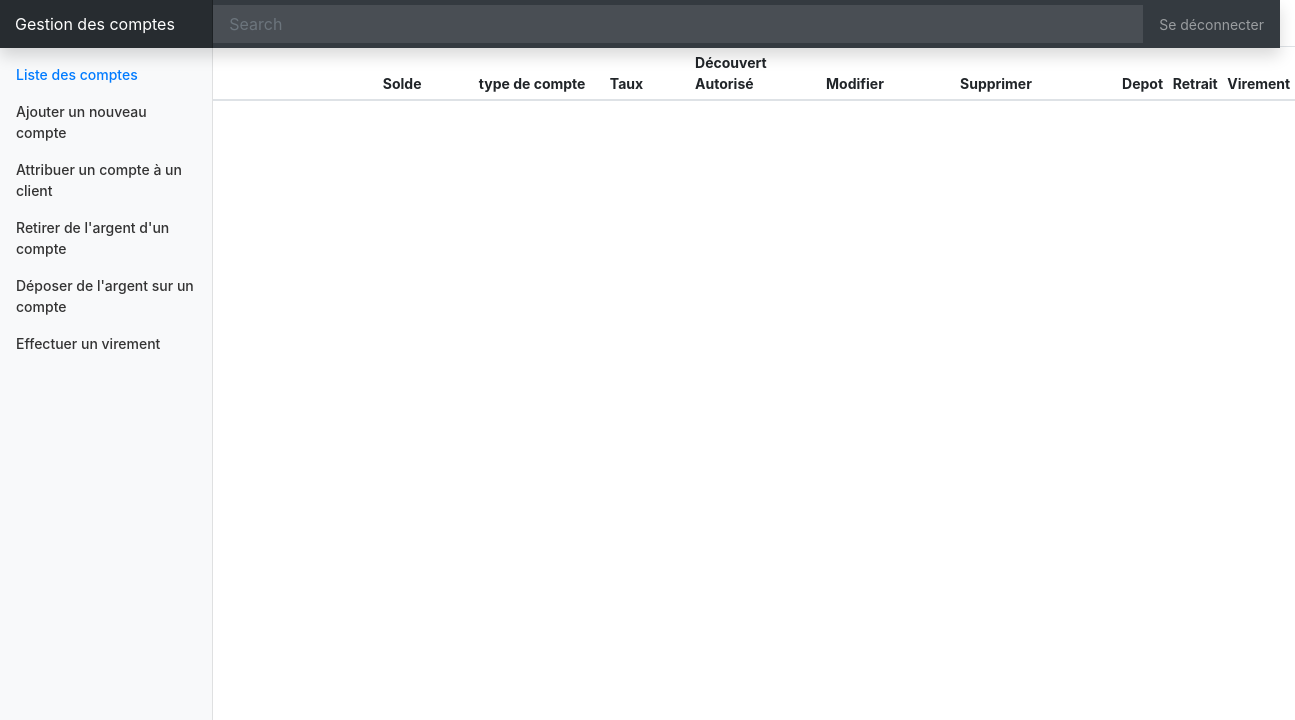
Repository: liiiseee/Projet
Page: http://localhost/02_projet_gestion_clients_compte/menu-comptes.jsp
The author's editor kept a copy of each file at every save. The page is drawn from the files as they stood at one save, then again after the next save.
The browser window is 1280 px wide. The page is 1295 px wide, so the pictures cover 1295 px, including what lies to the right of the window. The pictures show the whole page.
The page is served by Tomcat 9. The template is opened directly, without the code that normally fills it, so the values that code supplies are empty.

Above is the page before, as saved 2020-03-30 14:36:07.

After the next save:
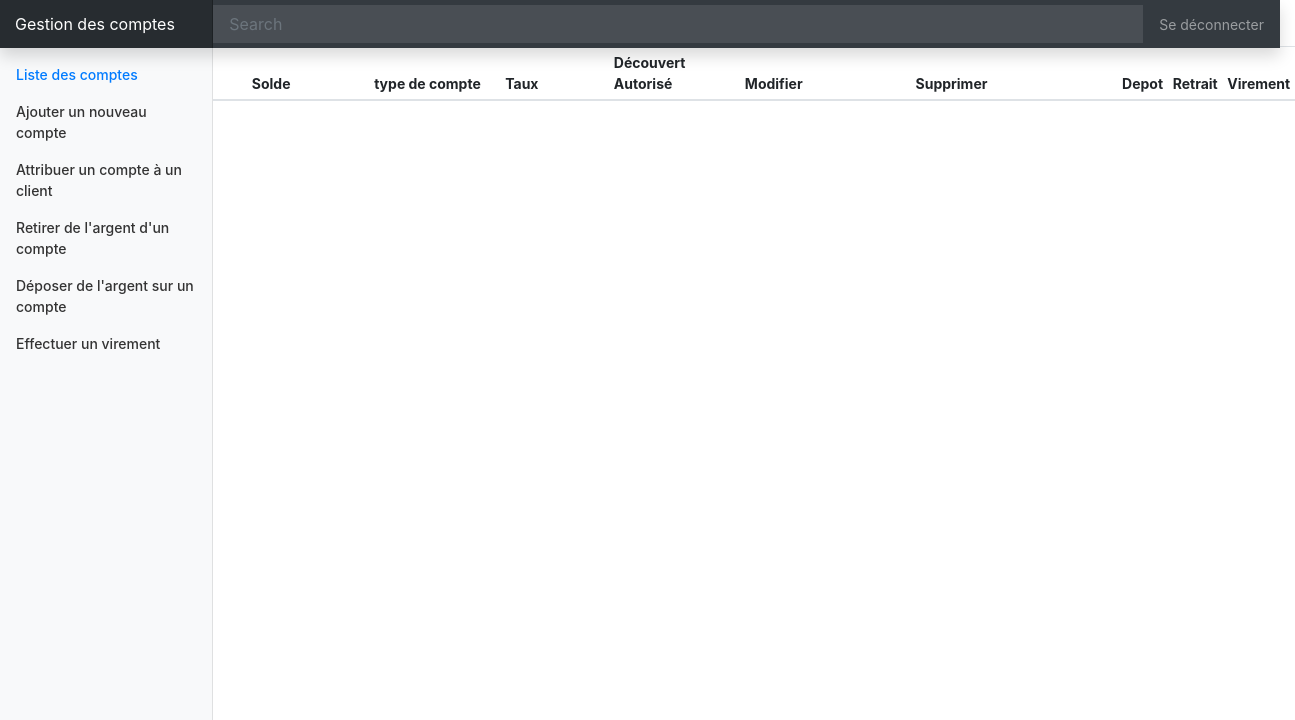
Saved 5 s later.
--- a/02_projet_gestion_clients_compte/WebContent/menu-comptes.jsp
+++ b/02_projet_gestion_clients_compte/WebContent/menu-comptes.jsp
@@ -108,7 +108,7 @@
           <thead >
             <tr>
               	<th style="width:10%;">ID</th>
-              	<th style="width:20%;">Id du client</th>
+              	<th style="width:10%;">Id du client</th>
 	 			<th>Solde</th>
 	 			<th style="width:10%;">type de compte</th>
 	 			<th>Taux</th>
